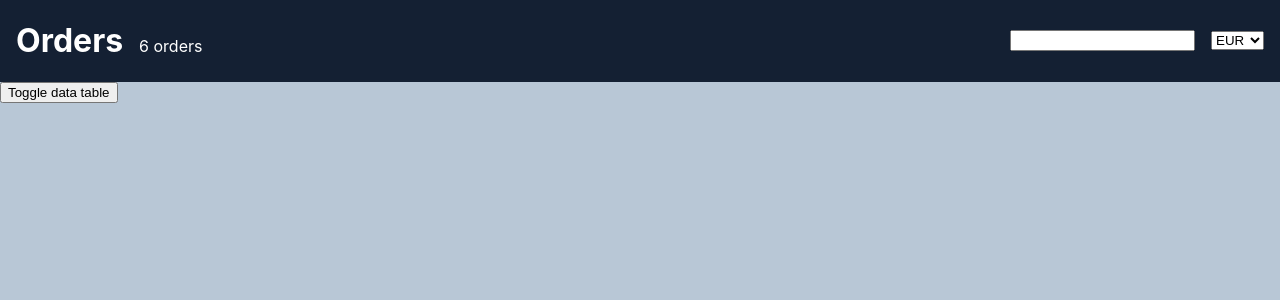
Repository: PreetiToppo/Assignment_Question_1
Page: /
These files come from the project's save history. The page is drawn as it stood at one moment and after the next save; the edit follows.
The browser window is 1280 px wide. The pictures show the whole page.
The project was rebuilt for these pictures with package versions that can differ from the ones it lists, and the page was loaded fresh each time. Also part of the build but not shown: src/component/list/ListRow.module.css, src/component/list/ListRow.jsx, src/component/list/ListRowCell.module.css, src/component/list/ListRowCell.jsx, src/component/list/ListHeader.jsx, src/component/list/ListHeaderCell.module.css, src/component/list/ListHeaderCell.jsx, src/component/list/List.module.css and 3 more.

Above is the page before, as saved 2023-08-06 14:49:34.

### src/pages/Dashboard.jsx
import { useState } from "react";

// Data
import mockData from "../assets/data.json";
import timestamps from "../assets/timeStamps.json";

// Components
import Dropdown from "../component/dropdown/Dropdown";
import HeaderTitle from "../component/header-title/HeaderTitle";
import Search from "../component/search/Search";
import List from "../component/list/List";
import StoryBookButton from "../stories/Button";

// Styles
import styles from "./Dashboard.module.css";
import Card from "../component/card/Card";

const Dashboard = () => {
  const [currency, setCurrency] = useState("EUR");
  const [searchText, setSearchText] = useState("");
  const [selectedOrder, setSelectedOrder] = useState(null);
  const [selectedOrderDetails, setSelectedOrderDetails] = useState({});
  const [selectedOrderTimeStamps, setSelectedOrderTimeStamps] = useState({});
  const [showPage, setShowPage] = useState(false);

  const mergedData = mockData.results.map((order, index) => {
    const timestampsData = timestamps.results[index]?.timestamps;
    if (timestampsData) {
      return { ...order, timestamps: timestampsData };
    }
    return order;
  });

  const handleClick = (order) => {
    setSelectedOrder(order);
    setSelectedOrderDetails({
      buySellIndicator: order.executionDetails.buySellIndicator,
      orderStatus: order.executionDetails.orderStatus,
      orderType: order.executionDetails.orderType,
    });

    setSelectedOrderTimeStamps({
      orderReceived: order.timestamps.orderReceived,
      orderStatusUpdated: order.timestamps.orderStatusUpdated,
      orderSubmitted: order.timestamps.orderSubmitted,
    });
  };

  const messageComponent = () => {
    setShowPage(!showPage);
  };

  return (
    <div>
      <div className={styles.header}>
        <HeaderTitle
          primaryTitle="Orders"
          secondaryTitle={`${mockData.results.length}
          orders`}
        />
        <div className={styles.actionBox}>
          <Search
            value={searchText}
            onChange={(e) => setSearchText(e.target.value)}
          />
          <Dropdown
            options={[
              "GBP",
              "USD",
              "JPY",
              "EUR",
              "AUD",
              "BGN",
              "BRL",
              "CAD",
              "CHF",
              "CNY",
              "DKK",
              "HKD",
              "HRK",
              "HUF",
              "IDR",
              "ILS",
              "KRW",
              "MXN",
              "MYR",
              "NOL",
              "NZD",
              "PHP",
              "PLN",
              "RON",
              "SEK",
              "SGD",
              "THB",
              "TRY",
              "ZAR",
            ]}
            onChange={(e) => setCurrency(e.target.value)}
            selectedItem={currency}
          />
        </div>
      </div>
      {showPage ? (
        <div className={styles.content}>
          <div className={styles.section}>
            {selectedOrder && (
              <>
                <Card
                  cardData={selectedOrderDetails}
                  title="Selected Order Details"
                />
                <Card
                  cardData={selectedOrderTimeStamps}
                  title="Selected Order Timestamps"
                />
              </>
            )}
          </div>
          <List
            rows={mergedData}
            currency={currency}
            search={searchText}
            onItemClick={handleClick}
          />
        </div>
      ) : (
        <StoryBookButton
          className={styles.toggleButton}
          primary={false}
          size="large"
          label="Toggle data table"
          onClick={messageComponent}
        />
      )}
    </div>
  );
};

export default Dashboard;

### src/assets/data.json
{
  "header": {
    "returnedHits": 6,
    "totalHits": 151839,
    "skippedHits": 0,
    "previousSearchBefore": null,
    "nextSearchAfter": "WzE2Njc1NzU1NjAwMDBd",
    "offset": null
  },
  "results": [
    {
      "&hash": "f29403974dbdc9ce054b879d572610359a9f3d2d2531df63df8233a2ea879c78",
      "&id": "SE|20221104|179|9:1:NEWO",
      "&key": "Order:SE|20221104|179|9:1:NEWO:1667901986951",
      "&model": "Order",
      "executionDetails": {
        "buySellIndicator": "BUYI",
        "orderStatus": "NEWO",
        "orderType": "Market"
      },
      "statsDetails": {
        "avgVsArrivalPrice": 0.0,
        "avgArrivalPrice": 0.0,
        "avgVsMktPrice": 0.0,
        "avgMktPrice": 0.0,
        "avgVsBidAskSpread": 0.0,
        "avgBidAskSpread": 0.0,
        "avgVsClosePrice": 0.0,
        "avgClosePrice": 0.0,
        "avgVsInternalTwap": 0.0,
        "avgInternalTwap": 0.0,
        "avgVsInternalVwap": 0.0,
        "avgInternalVwap": 0.0,
        "avgVsMidPrice": 0.0,
        "avgMidPrice": 0.0,
        "avgVsMovingVwap": 0.0,
        "avgMovingVwap": 0.0,
        "avgVsTouchPrice": 0.0,
        "avgTouchPrice": 0.0,
        "avgVsOpenPrice": 0.0,
        "avgOpenPrice": 0.0,
        "avgVsVwap": 0.0,
        "avgVwap": 0.0,
        "avgPrice": 91.369091993762,
        "tradedQuantity": 195875.0,
        "amends": 0,
        "fills": 1,
        "lifeCycle": 1,
        "lastFillTime": 1667575741000
      },
      "bestExecutionData": {
        "orderVolume": {
          "AUD": 27757268.61955961,
          "BGN": 35456642.91433263,
          "BRL": 90068357.36117567,
          "CAD": 24203990.159998715,
          "CHF": 17880604.819718923,
          "CNY": 128523532.2000561,
          "CZK": 442745747.64998025,
          "DKK": 134913994.73574597,
          "EUR": 18128971.732453536,
          "GBP": 15858861.892115705,
          "HKD": 140486840.6463022,
          "HRK": 136607240.69555715,
          "HUF": 7272437010.473736,
          "IDR": 280850585574.541,
          "ILS": 63569239.379848324,
          "INR": 1468809289.7633855,
          "JPY": 2632145405.834929,
          "KRW": 25338863790.45031,
          "MXN": 349183937.43596077,
          "MYR": 84974116.30435622,
          "NOK": 184949956.71731773,
          "NZD": 30400472.698151335,
          "PHP": 1045534057.7540603,
          "PLN": 84888910.13721369,
          "RON": 88637981.49148509,
          "SEK": 196768233.3897042,
          "SGD": 25182954.633551206,
          "THB": 669067830.7579302,
          "TRY": 333292080.815292,
          "USD": 17896920.89427813,
          "ZAR": 322664877.5857278
        }
      },
      "transactionDetails": {
        "buySellIndicator": "BUYI",
        "priceCurrency": "USD",
        "priceNotation": "MONE",
        "quantityCurrency": "USD",
        "quantityNotation": "UNIT",
        "tradingCapacity": "AOTC",
        "ultimateVenue": "XNGS",
        "venue": "XNGS"
      }
    },
    {
      "&hash": "f29403974dbdc9ce054b879d572610359a9f3d2d2531df63df8233a2ea879c78",
      "&id": "SE|20221104|180|9:1:NEWO",
      "&key": "Order:SE|20221104|180|9:1:NEWO:1667901986951",
      "&model": "Order",
      "executionDetails": {
        "buySellIndicator": "BUYI",
        "orderStatus": "NEWO",
        "orderType": "Market"
      },
      "statsDetails": {
        "avgVsArrivalPrice": 0.0,
        "avgArrivalPrice": 0.0,
        "avgVsMktPrice": 0.0,
        "avgMktPrice": 0.0,
        "avgVsBidAskSpread": 0.0,
        "avgBidAskSpread": 0.0,
        "avgVsClosePrice": 0.0,
        "avgClosePrice": 0.0,
        "avgVsInternalTwap": 0.0,
        "avgInternalTwap": 0.0,
        "avgVsInternalVwap": 0.0,
        "avgInternalVwap": 0.0,
        "avgVsMidPrice": 0.0,
        "avgMidPrice": 0.0,
        "avgVsMovingVwap": 0.0,
        "avgMovingVwap": 0.0,
        "avgVsTouchPrice": 0.0,
        "avgTouchPrice": 0.0,
        "avgVsOpenPrice": 0.0,
        "avgOpenPrice": 0.0,
        "avgVsVwap": 0.0,
        "avgVwap": 0.0,
        "avgPrice": 91.369091993762,
        "tradedQuantity": 195875.0,
        "amends": 0,
        "fills": 1,
        "lifeCycle": 1,
        "lastFillTime": 1667575741000
      },
      "bestExecutionData": {
        "orderVolume": {
          "AUD": 27757268.61955961,
          "BGN": 35456642.91433263,
          "BRL": 90068357.36117567,
          "CAD": 24203990.159998715,
          "CHF": 17880604.819718923,
          "CNY": 128523532.2000561,
          "CZK": 442745747.64998025,
          "DKK": 134913994.73574597,
          "EUR": 18128971.732453536,
          "GBP": 15858861.892115705,
          "HKD": 140486840.6463022,
          "HRK": 136607240.69555715,
          "HUF": 7272437010.473736,
          "IDR": 280850585574.541,
          "ILS": 63569239.379848324,
          "INR": 1468809289.7633855,
          "JPY": 2632145405.834929,
          "KRW": 25338863790.45031,
          "MXN": 349183937.43596077,
          "MYR": 84974116.30435622,
          "NOK": 184949956.71731773,
          "NZD": 30400472.698151335,
          "PHP": 1045534057.7540603,
          "PLN": 84888910.13721369,
          "RON": 88637981.49148509,
          "SEK": 196768233.3897042,
          "SGD": 25182954.633551206,
          "THB": 669067830.7579302,
          "TRY": 333292080.815292,
          "USD": 17896920.89427813,
          "ZAR": 322664877.5857278
        }
      },
      "transactionDetails": {
        "buySellIndicator": "BUYI",
        "priceCurrency": "USD",
        "priceNotation": "MONE",
        "quantityCurrency": "USD",
        "quantityNotation": "UNIT",
        "tradingCapacity": "AOTC",
        "ultimateVenue": "XNGS",
        "venue": "XNGS"
      }
    },
    {
      "&hash": "f29403974dbdc9ce054b879d572610359a9f3d2d2531df63df8233a2ea879c78",
      "&id": "SE|20221104|181|9:1:NEWO",
      "&key": "Order:SE|20221104|181|9:1:NEWO:1667901986951",
      "&model": "Order",
      "executionDetails": {
        "buySellIndicator": "BUYI",
        "orderStatus": "NEWO",
        "orderType": "Market"
      },
      "statsDetails": {
        "avgVsArrivalPrice": 0.0,
        "avgArrivalPrice": 0.0,
        "avgVsMktPrice": 0.0,
        "avgMktPrice": 0.0,
        "avgVsBidAskSpread": 0.0,
        "avgBidAskSpread": 0.0,
        "avgVsClosePrice": 0.0,
        "avgClosePrice": 0.0,
        "avgVsInternalTwap": 0.0,
        "avgInternalTwap": 0.0,
        "avgVsInternalVwap": 0.0,
        "avgInternalVwap": 0.0,
        "avgVsMidPrice": 0.0,
        "avgMidPrice": 0.0,
        "avgVsMovingVwap": 0.0,
        "avgMovingVwap": 0.0,
        "avgVsTouchPrice": 0.0,
        "avgTouchPrice": 0.0,
        "avgVsOpenPrice": 0.0,
        "avgOpenPrice": 0.0,
        "avgVsVwap": 0.0,
        "avgVwap": 0.0,
        "avgPrice": 91.369091993762,
        "tradedQuantity": 195875.0,
        "amends": 0,
        "fills": 1,
        "lifeCycle": 1,
        "lastFillTime": 1667575741000
      },
      "bestExecutionData": {
        "orderVolume": {
          "AUD": 27757268.61955961,
          "BGN": 35456642.91433263,
          "BRL": 90068357.36117567,
          "CAD": 24203990.159998715,
          "CHF": 17880604.819718923,
          "CNY": 128523532.2000561,
          "CZK": 442745747.64998025,
          "DKK": 134913994.73574597,
          "EUR": 18128971.732453536,
          "GBP": 15858861.892115705,
          "HKD": 140486840.6463022,
          "HRK": 136607240.69555715,
          "HUF": 7272437010.473736,
          "IDR": 280850585574.541,
          "ILS": 63569239.379848324,
          "INR": 1468809289.7633855,
          "JPY": 2632145405.834929,
          "KRW": 25338863790.45031,
          "MXN": 349183937.43596077,
          "MYR": 84974116.30435622,
          "NOK": 184949956.71731773,
          "NZD": 30400472.698151335,
          "PHP": 1045534057.7540603,
          "PLN": 84888910.13721369,
          "RON": 88637981.49148509,
          "SEK": 196768233.3897042,
          "SGD": 25182954.633551206,
          "THB": 669067830.7579302,
          "TRY": 333292080.815292,
          "USD": 17896920.89427813,
          "ZAR": 322664877.5857278
        }
      },
      "transactionDetails": {
        "buySellIndicator": "BUYI",
        "priceCurrency": "USD",
        "priceNotation": "MONE",
        "quantityCurrency": "USD",
        "quantityNotation": "UNIT",
        "tradingCapacity": "AOTC",
        "ultimateVenue": "XNGS",
        "venue": "XNGS"
      }
    },
    {
      "&hash": "f29403974dbdc9ce054b879d572610359a9f3d2d2531df63df8233a2ea879c78",
      "&id": "SE|20221104|182|9:1:NEWO",
      "&key": "Order:SE|20221104|182|9:1:NEWO:1667901986951",
      "&model": "Order",
      "executionDetails": {
        "buySellIndicator": "BUYI",
        "orderStatus": "NEWO",
        "orderType": "Market"
      },
      "statsDetails": {
        "avgVsArrivalPrice": 0.0,
        "avgArrivalPrice": 0.0,
        "avgVsMktPrice": 0.0,
        "avgMktPrice": 0.0,
        "avgVsBidAskSpread": 0.0,
        "avgBidAskSpread": 0.0,
        "avgVsClosePrice": 0.0,
        "avgClosePrice": 0.0,
        "avgVsInternalTwap": 0.0,
        "avgInternalTwap": 0.0,
        "avgVsInternalVwap": 0.0,
        "avgInternalVwap": 0.0,
        "avgVsMidPrice": 0.0,
        "avgMidPrice": 0.0,
        "avgVsMovingVwap": 0.0,
        "avgMovingVwap": 0.0,
        "avgVsTouchPrice": 0.0,
        "avgTouchPrice": 0.0,
        "avgVsOpenPrice": 0.0,
        "avgOpenPrice": 0.0,
        "avgVsVwap": 0.0,
        "avgVwap": 0.0,
        "avgPrice": 91.369091993762,
        "tradedQuantity": 195875.0,
        "amends": 0,
        "fills": 1,
        "lifeCycle": 1,
        "lastFillTime": 1667575741000
      },
      "bestExecutionData": {
        "orderVolume": {
          "AUD": 27757268.61955961,
          "BGN": 35456642.91433263,
          "BRL": 90068357.36117567,
          "CAD": 24203990.159998715,
          "CHF": 17880604.819718923,
          "CNY": 128523532.2000561,
          "CZK": 442745747.64998025,
          "DKK": 134913994.73574597,
          "EUR": 18128971.732453536,
          "GBP": 15858861.892115705,
          "HKD": 140486840.6463022,
          "HRK": 136607240.69555715,
          "HUF": 7272437010.473736,
          "IDR": 280850585574.541,
          "ILS": 63569239.379848324,
          "INR": 1468809289.7633855,
          "JPY": 2632145405.834929,
          "KRW": 25338863790.45031,
          "MXN": 349183937.43596077,
          "MYR": 84974116.30435622,
          "NOK": 184949956.71731773,
          "NZD": 30400472.698151335,
          "PHP": 1045534057.7540603,
          "PLN": 84888910.13721369,
          "RON": 88637981.49148509,
          "SEK": 196768233.3897042,
          "SGD": 25182954.633551206,
          "THB": 669067830.7579302,
          "TRY": 333292080.815292,
          "USD": 17896920.89427813,
          "ZAR": 322664877.5857278
        }
      },
      "transactionDetails": {
        "buySellIndicator": "BUYI",
        "priceCurrency": "USD",
        "priceNotation": "MONE",
        "quantityCurrency": "USD",
        "quantityNotation": "UNIT",
        "tradingCapacity": "AOTC",
        "ultimateVenue": "XNGS",
        "venue": "XNGS"
      }
    },
    {
      "&hash": "f29403974dbdc9ce054b879d572610359a9f3d2d2531df63df8233a2ea879c78",
      "&id": "SE|20221104|183|9:1:NEWO",
      "&key": "Order:SE|20221104|183|9:1:NEWO:1667901986951",
      "&model": "Order",
      "executionDetails": {
        "buySellIndicator": "BUYI",
        "orderStatus": "NEWO",
        "orderType": "Market"
      },
      "statsDetails": {
        "avgVsArrivalPrice": 0.0,
        "avgArrivalPrice": 0.0,
        "avgVsMktPrice": 0.0,
        "avgMktPrice": 0.0,
        "avgVsBidAskSpread": 0.0,
        "avgBidAskSpread": 0.0,
        "avgVsClosePrice": 0.0,
        "avgClosePrice": 0.0,
        "avgVsInternalTwap": 0.0,
        "avgInternalTwap": 0.0,
        "avgVsInternalVwap": 0.0,
        "avgInternalVwap": 0.0,
        "avgVsMidPrice": 0.0,
        "avgMidPrice": 0.0,
        "avgVsMovingVwap": 0.0,
        "avgMovingVwap": 0.0,
        "avgVsTouchPrice": 0.0,
        "avgTouchPrice": 0.0,
        "avgVsOpenPrice": 0.0,
        "avgOpenPrice": 0.0,
        "avgVsVwap": 0.0,
        "avgVwap": 0.0,
        "avgPrice": 91.369091993762,
        "tradedQuantity": 195875.0,
        "amends": 0,
        "fills": 1,
        "lifeCycle": 1,
        "lastFillTime": 1667575741000
      },
      "bestExecutionData": {
        "orderVolume": {
          "AUD": 27757268.61955961,
          "BGN": 35456642.91433263,
          "BRL": 90068357.36117567,
          "CAD": 24203990.159998715,
          "CHF": 17880604.819718923,
          "CNY": 128523532.2000561,
          "CZK": 442745747.64998025,
          "DKK": 134913994.73574597,
          "EUR": 18128971.732453536,
          "GBP": 15858861.892115705,
          "HKD": 140486840.6463022,
          "HRK": 136607240.69555715,
          "HUF": 7272437010.473736,
          "IDR": 280850585574.541,
          "ILS": 63569239.379848324,
          "INR": 1468809289.7633855,
          "JPY": 2632145405.834929,
          "KRW": 25338863790.45031,
          "MXN": 349183937.43596077,
          "MYR": 84974116.30435622,
          "NOK": 184949956.71731773,
          "NZD": 30400472.698151335,
          "PHP": 1045534057.7540603,
          "PLN": 84888910.13721369,
          "RON": 88637981.49148509,
          "SEK": 196768233.3897042,
          "SGD": 25182954.633551206,
          "THB": 669067830.7579302,
          "TRY": 333292080.815292,
          "USD": 17896920.89427813,
          "ZAR": 322664877.5857278
        }
      },
      "transactionDetails": {
        "buySellIndicator": "BUYI",
        "priceCurrency": "USD",
        "priceNotation": "MONE",
        "quantityCurrency": "USD",
        "quantityNotation": "UNIT",
        "tradingCapacity": "AOTC",
        "ultimateVenue": "XNGS",
        "venue": "XNGS"
      }
    },
    {
      "&hash": "f29403974dbdc9ce054b879d572610359a9f3d2d2531df63df8233a2ea879c78",
      "&id": "SE|202211454|184|9:1:NEWO",
      "&key": "Order:SE|20221104|184|9:1:NEWO:1667901986951",
      "&model": "Order",
      "executionDetails": {
        "buySellIndicator": "SELL",
        "orderStatus": "NEWO",
        "orderType": "Market"
      },
      "statsDetails": {
        "avgVsArrivalPrice": 0.0,
        "avgArrivalPrice": 0.0,
        "avgVsMktPrice": 0.0,
        "avgMktPrice": 0.0,
        "avgVsBidAskSpread": 0.0,
        "avgBidAskSpread": 0.0,
        "avgVsClosePrice": 0.0,
        "avgClosePrice": 0.0,
        "avgVsInternalTwap": 0.0,
        "avgInternalTwap": 0.0,
        "avgVsInternalVwap": 0.0,
        "avgInternalVwap": 0.0,
        "avgVsMidPrice": 0.0,
        "avgMidPrice": 0.0,
        "avgVsMovingVwap": 0.0,
        "avgMovingVwap": 0.0,
        "avgVsTouchPrice": 0.0,
        "avgTouchPrice": 0.0,
        "avgVsOpenPrice": 0.0,
        "avgOpenPrice": 0.0,
        "avgVsVwap": 0.0,
        "avgVwap": 0.0,
        "avgPrice": 91.369091993762,
        "tradedQuantity": 195875.0,
        "amends": 0,
        "fills": 1,
        "lifeCycle": 1,
        "lastFillTime": 1667575741000
      },
      "bestExecutionData": {
        "orderVolume": {
          "AUD": 27757268.61955961,
          "BGN": 35456642.91433263,
          "BRL": 90068357.36117567,
          "CAD": 24203990.159998715,
          "CHF": 17880604.819718923,
          "CNY": 128523532.2000561,
          "CZK": 442745747.64998025,
          "DKK": 134913994.73574597,
          "EUR": 18128971.732453536,
          "GBP": 15858861.892115705,
          "HKD": 140486840.6463022,
          "HRK": 136607240.69555715,
          "HUF": 7272437010.473736,
          "IDR": 280850585574.541,
          "ILS": 63569239.379848324,
          "INR": 1468809289.7633855,
          "JPY": 2632145405.834929,
          "KRW": 25338863790.45031,
          "MXN": 349183937.43596077,
          "MYR": 84974116.30435622,
          "NOK": 184949956.71731773,
          "NZD": 30400472.698151335,
          "PHP": 1045534057.7540603,
          "PLN": 84888910.13721369,
          "RON": 88637981.49148509,
          "SEK": 196768233.3897042,
          "SGD": 25182954.633551206,
          "THB": 669067830.7579302,
          "TRY": 333292080.815292,
          "USD": 17896920.89427813,
          "ZAR": 322664877.5857278
        }
      },
      "transactionDetails": {
        "buySellIndicator": "BUYI",
        "priceCurrency": "USD",
        "priceNotation": "MONE",
        "quantityCurrency": "USD",
        "quantityNotation": "UNIT",
        "tradingCapacity": "AOTC",
        "ultimateVenue": "XNGS",
        "venue": "XNGS"
      }
    }
  ]
}

### src/assets/timeStamps.json
{
  "results": [
    {
      "&id": "SE|20221104|179|9:1:NEWO",
      "timestamps": {
        "orderReceived": "2022-11-04T15:29:00Z",
        "orderStatusUpdated": "2022-11-04T15:29:00Z",
        "orderSubmitted": "2022-11-04T15:29:00Z"
      }
    },
    {
      "&id": "SE|20221104|180|9:1:NEWO",
      "timestamps": {
        "orderReceived": "2022-11-04T15:29:00Z",
        "orderStatusUpdated": "2022-11-04T15:29:00Z",
        "orderSubmitted": "2022-11-04T15:29:00Z"
      }
    },
    {
      "&id": "SE|20221104|181|9:1:NEWO",
      "timestamps": {
        "orderReceived": "2022-11-04T15:29:00Z",
        "orderStatusUpdated": "2022-11-04T15:29:00Z",
        "orderSubmitted": "2022-11-04T15:29:00Z"
      }
    },
    {
      "&id": "SE|20221104|182|9:1:NEWO",
      "timestamps": {
        "orderReceived": "2022-11-04T15:29:00Z",
        "orderStatusUpdated": "2022-11-04T15:29:00Z",
        "orderSubmitted": "2022-11-04T15:29:00Z"
      }
    },
    {
      "&id": "SE|20221104|183|9:1:NEWO",
      "timestamps": {
        "orderReceived": "2022-11-04T15:29:00Z",
        "orderStatusUpdated": "2022-11-04T15:29:00Z",
        "orderSubmitted": "2022-11-04T15:29:00Z"
      }
    },
    {
      "&id": "SE|202211454|184|9:1:NEWO",
      "timestamps": {
        "orderReceived": "2022-11-04T15:29:00Z",
        "orderStatusUpdated": "2022-11-04T15:29:00Z",
        "orderSubmitted": "2022-11-04T15:29:00Z"
      }
    }
  ]
}

### src/component/dropdown/Dropdown.jsx
const Dropdown = ({ options, onChange, selectedItem }) => {
  return (
    <select
      name="currency"
      id="currency"
      value={selectedItem}
      onChange={onChange}
    >
      {options.map((option) => (
        <option value={option} key={option}>
          {option}
        </option>
      ))}
    </select>
  );
};

export default Dropdown;

### src/component/search/Search.jsx
const Search = ({ searchText, onChange }) => {
  return <input type="text" value={searchText} onChange={onChange} />
}

export default Search

### src/stories/Button.jsx
import React from "react";
import PropTypes from "prop-types";
import "./button.css";

/**
 * Primary UI component for user interaction
 */
export const Button = ({ primary, backgroundColor, size, label, ...props }) => {
  const mode = primary
    ? "storybook-button--primary"
    : "storybook-button--secondary";
  return (
    <button
      type="button"
      className={["storybook-button", `storybook-button--${size}`, mode].join(
        " "
      )}
      style={backgroundColor && { backgroundColor }}
      {...props}
    >
      {label}
    </button>
  );
};

Button.propTypes = {
  /**
   * Is this the principal call to action on the page?
   */
  primary: PropTypes.bool,
  /**
   * What background color to use
   */
  backgroundColor: PropTypes.string,
  /**
   * How large should the button be?
   */
  size: PropTypes.oneOf(["small", "medium", "large"]),
  /**
   * Button contents
   */
  label: PropTypes.string.isRequired,
  /**
   * Optional click handler
   */
  onClick: PropTypes.func,
};

Button.defaultProps = {
  backgroundColor: null,
  primary: false,
  size: "medium",
  onClick: undefined,
};

export default Button;

### src/pages/Dashboard.module.css
.header {
  display: flex;
  padding: 0 1em;
  background-color: #142033;
  color: white;
  justify-content: space-between;
}

.actionBox {
  display: flex;
  justify-content: center;
  align-items: center;
  gap: 1em;
}

.content {
  display: flex;
  flex-direction: column;
  background-color: rgb(184, 199, 214);
  gap: 1em;
  margin: 1em;
}

.section {
  display: flex;
  flex-direction: row;
  gap: 1em;
}

.toggleButton {
  display: flex;
  justify-content: center;
  align-items: center;
}

Loaded but not shown: public/index.html (common file); src/index.js (common file); src/App.js (common file); src/reportWebVitals.js (common file); src/index.css (common file); src/component/header-title/HeaderTitle.jsx (common file); src/component/header-title/HeaderTitle.module.css (common file); src/stories/button.css (common file)

After the next save:
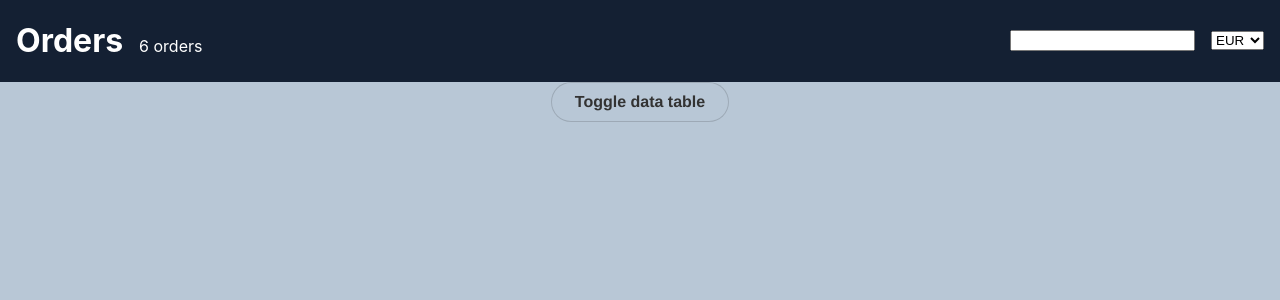
Saved 61 s later.
--- a/src/pages/Dashboard.jsx
+++ b/src/pages/Dashboard.jsx
@@ -124,13 +124,14 @@ const Dashboard = () => {
           />
         </div>
       ) : (
-        <StoryBookButton
-          className={styles.toggleButton}
-          primary={false}
-          size="large"
-          label="Toggle data table"
-          onClick={messageComponent}
-        />
+        <div className={styles.toggleButton}>
+          <StoryBookButton
+            primary={false}
+            size="large"
+            label="Toggle data table"
+            onClick={messageComponent}
+          />
+        </div>
       )}
     </div>
   );
